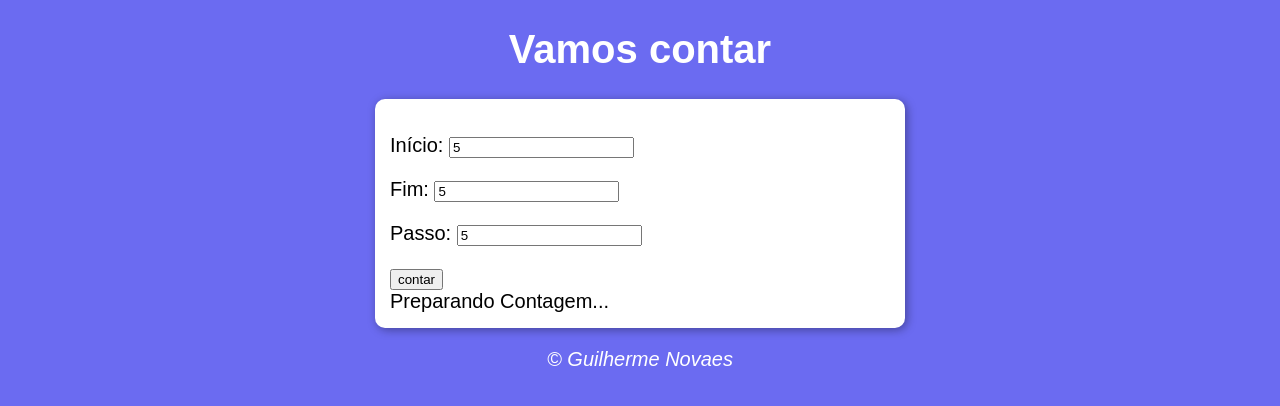
Repository: Guilherme-RNovaes/JavaScript-Curso
Page: Aula 14ex/ex016/index.html
The author's editor kept a copy of each file at every save. The page is drawn from the files as they stood at one save, then again after the next save.
The browser window is 1280 px wide. The pictures show the whole page.
Empty fields were first filled with sample values (such as "Sample", 5 or name@example.com).
After loading, the first visible `#dados > input` was clicked once.

Above is the page before, as saved 2022-09-07 11:51:32.
Console error: SyntaxError: Unexpected token '}'

After the next save:
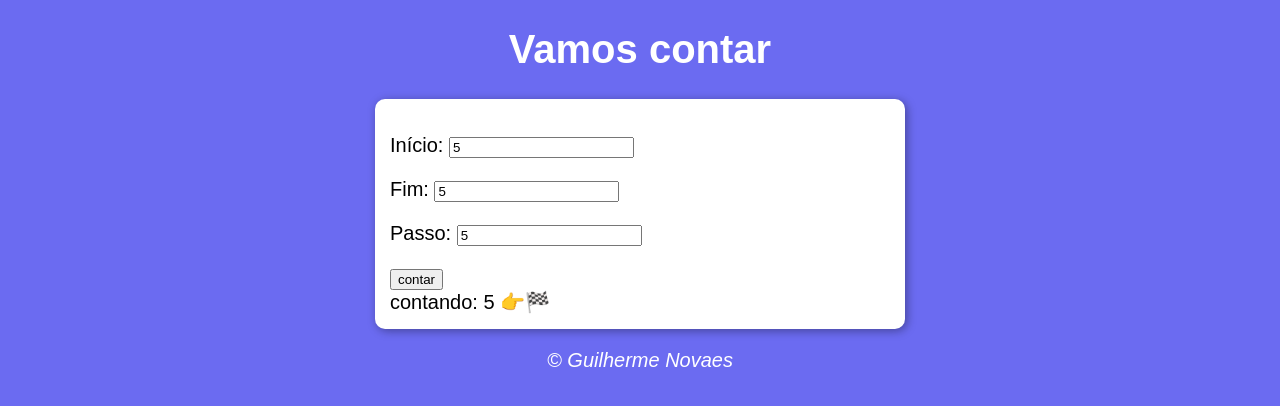
The error is gone.
Saved 1 s later.
--- a/Aula 14ex/ex016/script.js
+++ b/Aula 14ex/ex016/script.js
@@ -14,7 +14,7 @@ function contar(){
         let p = Number(passo.value)
         if(p <= 0){
             window.alert('Passo inválido! Considerando PASSO 1')
-            p =
+            p = 1
         }
         if(i < f){
             // CONTAGEM CRESCENTE
